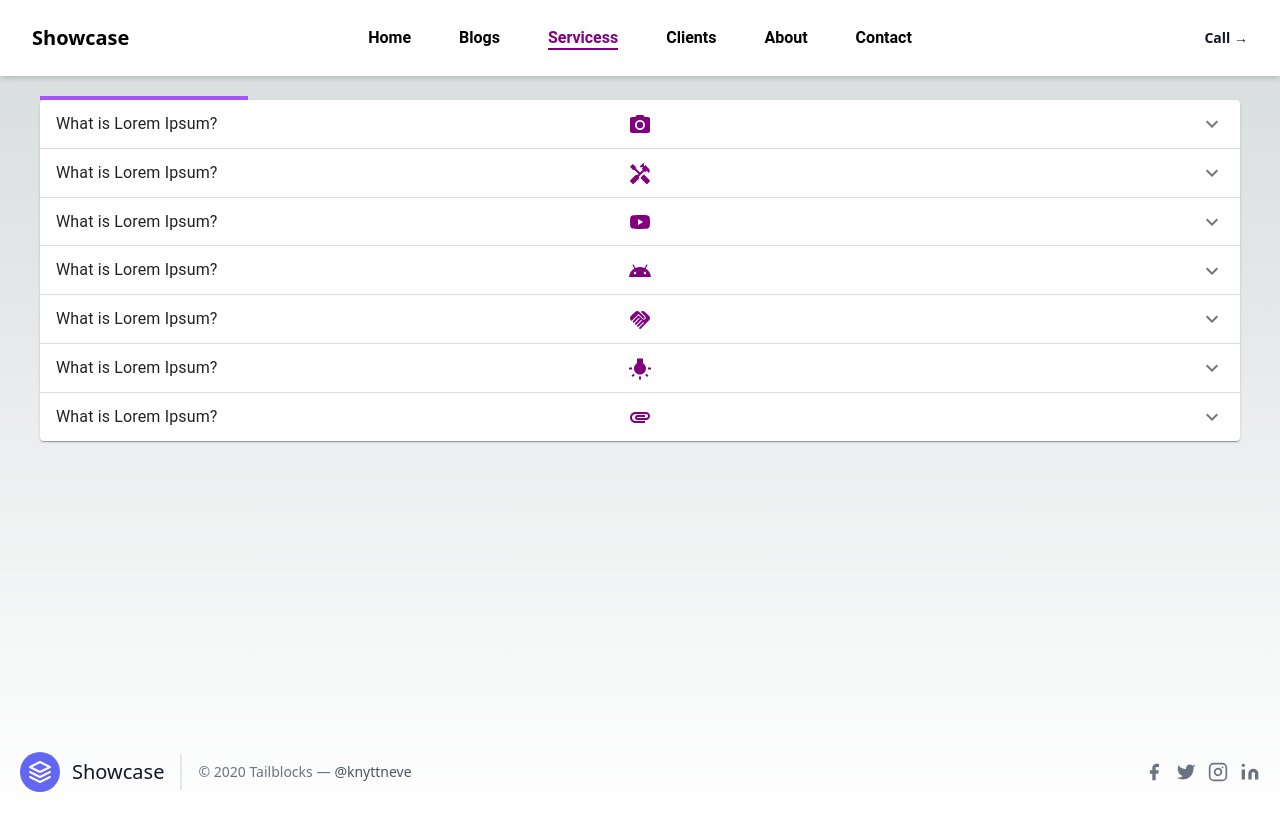
Repository: prashant523580/showcase
Page: /services
The author's editor kept a copy of each file at every save. The page is drawn from the files as they stood at one save, then again after the next save.
The browser window is 1280 px wide. The pictures show the whole page.
The project was rebuilt for these pictures with package versions that can differ from the ones it lists, and the page was loaded fresh each time. The framework's server and built-in components were replaced by stand-ins that run in the browser. Also part of the build but not shown: next.config.js.

Above is the page before, as saved 2023-03-25 18:15:55.

After the next save:
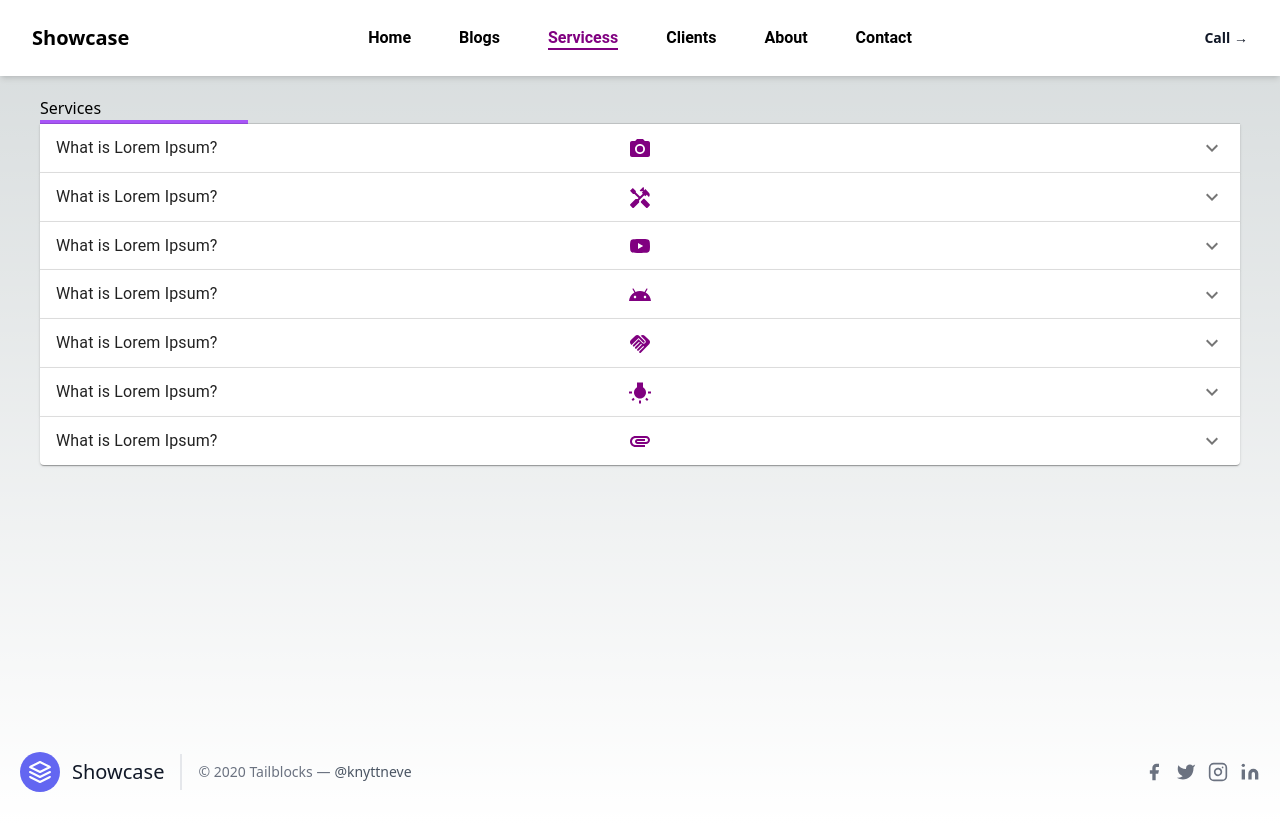
Saved 17 s later.
--- a/src/pages/services.tsx
+++ b/src/pages/services.tsx
@@ -66,7 +66,8 @@ export default function Sercices() {
 
   return (
     <div className='py-24 px-10 h-[100vh]'>
-        <h1 className='w-52 h-1 bg-purple-500'>Services</h1>
+        <h1>Services</h1>
+        <div  className='w-52 h-1 bg-purple-500'></div>
         {
             services.map((service,ind) => {
                 return(
